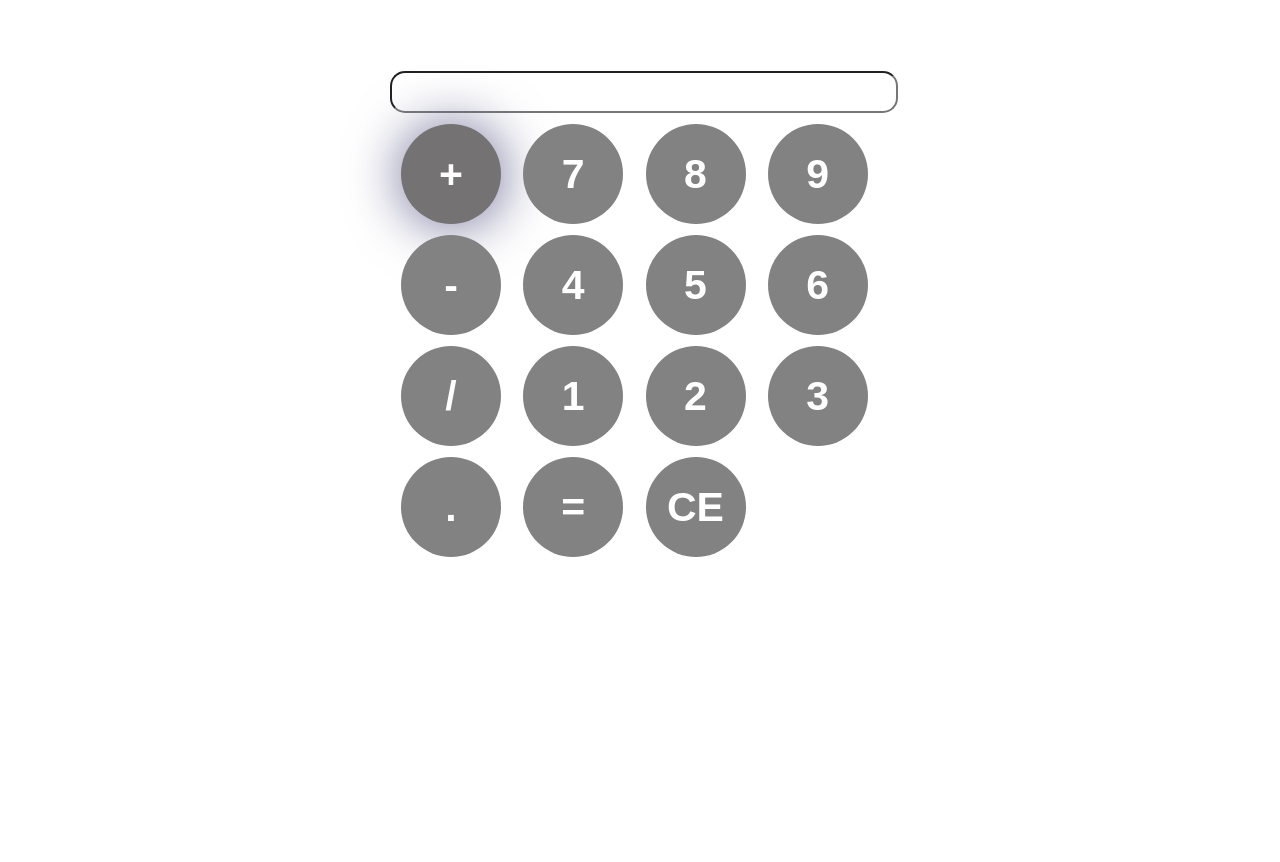
Repository: rkrukshan/JS-Calculator
Page: index.html
An editor plug-in stored every save of this project. The page is shown before and after the next save, followed by the edit.
The browser window is 1280 px wide. The pictures show the whole page.
The first visible `button` is being pressed.

Above is the page before, as saved 2024-09-02 13:40:24.

After the next save:
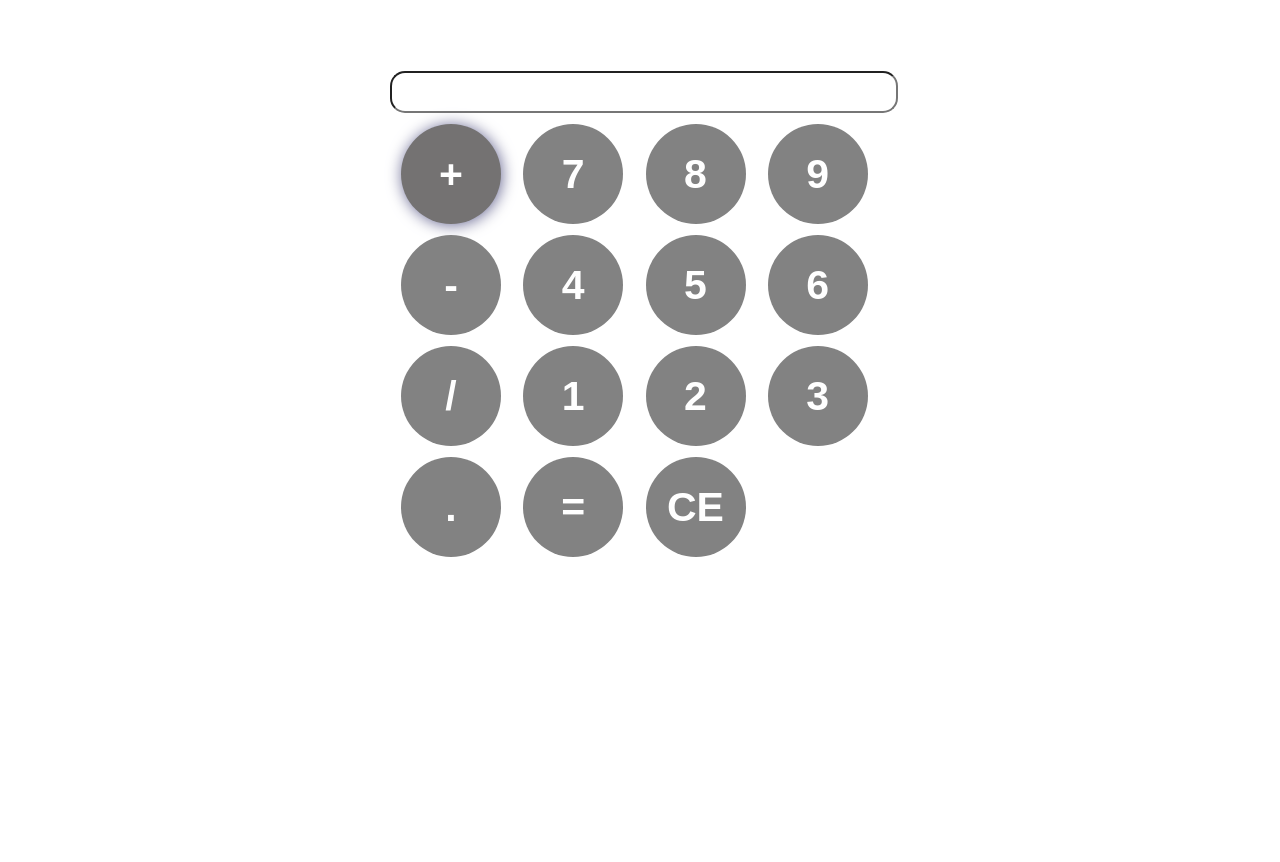
Saved 14 s later.
--- a/style.css
+++ b/style.css
@@ -33,5 +33,5 @@ button {
 }
 button:active{
     background-color:hsl(0, 1%, 45%);
-    box-shadow: 1px 1px 55px rgb(104, 104, 146);
+    box-shadow: 1px 1px 15px rgb(104, 104, 146);
 }
